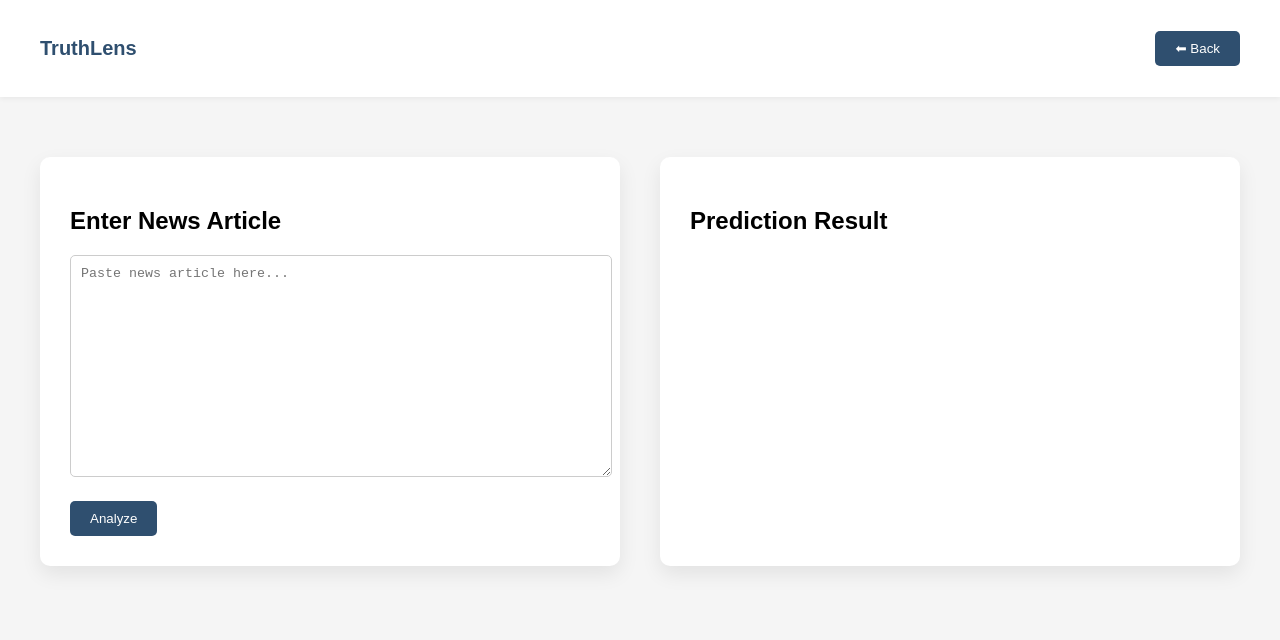
Repository: asadpathan2002-bot/Sprint1
Page: backend/templates/predict.html
The author's editor kept a copy of each file at every save. The page is drawn from the files as they stood at one save, then again after the next save.
The browser window is 1280 px wide. The pictures show the whole page.

Above is the page before, as saved 2026-03-03 15:43:30.

After the next save:
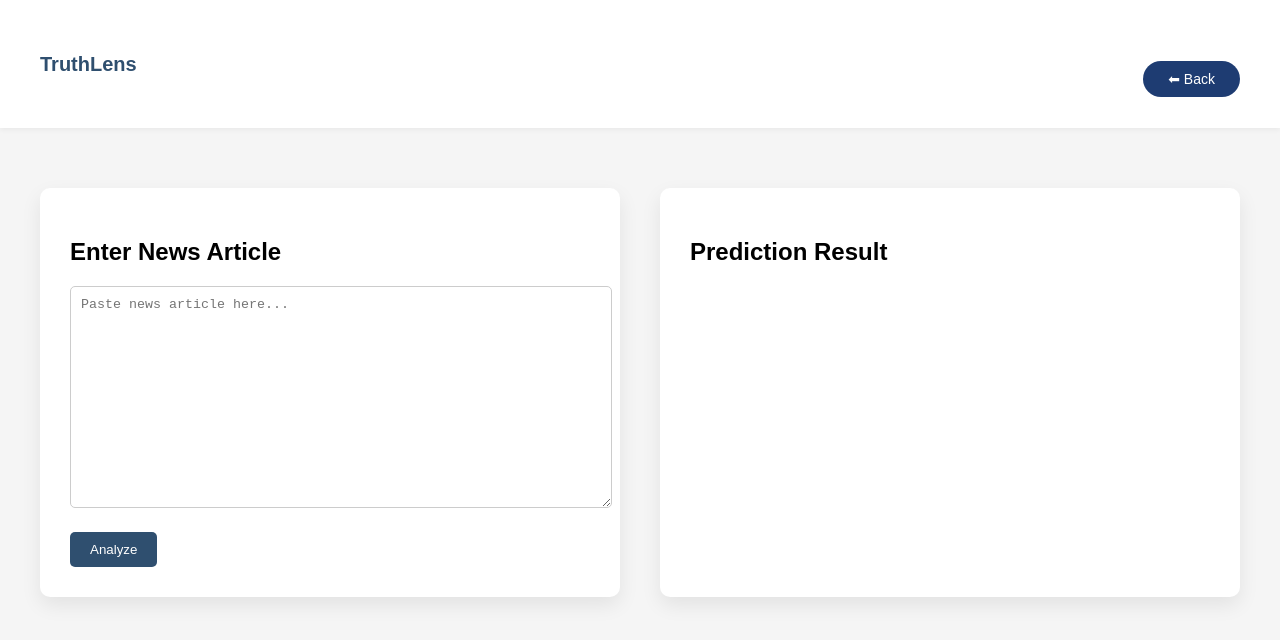
Saved 12 s later.
--- a/backend/templates/predict.html
+++ b/backend/templates/predict.html
@@ -113,6 +113,24 @@ button:hover {
 
 /* ===== back button ===== */
 
+.back-btn {
+    text-align: center;
+    margin-top: 30px;
+}
+
+.back-btn button {
+    padding: 10px 25px;
+    background-color: #1e3c72;
+    color: white;
+    border: none;
+    border-radius: 25px;
+    cursor: pointer;
+    font-size: 14px;
+}
+
+.back-btn button:hover {
+    background-color: #16325c;
+}
 
 </style>
 </head>
